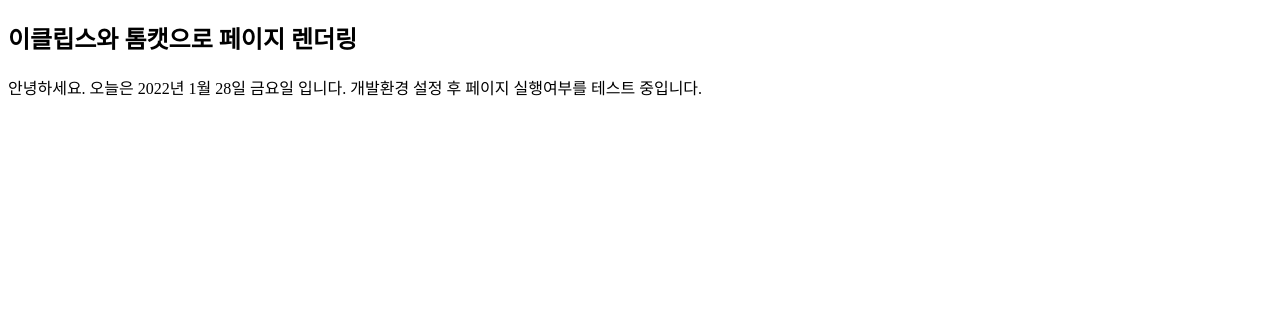
Repository: lee-ruru/jsp_practice
Page: http://localhost/JSPBasic/Hello.jsp
An editor plug-in stored every save of this project. The page is shown before and after the next save, followed by the edit.
The browser window is 1280 px wide. The pictures show the whole page.
The page is served by Tomcat 9.

Above is the page before, as saved 2022-01-28 01:46:21.

### JSPBasic/src/main/webapp/Hello.jsp
<%@ page language="java" contentType="text/html; charset=UTF-8"
    pageEncoding="UTF-8"%>
<!DOCTYPE html>
<html>
<head>
<meta charset="UTF-8">
<title>JSP 1일차 공부</title>
</head>
<body>

	<h2>이클립스와 톰캣으로 페이지 렌더링</h2>
	<p>
	안녕하세요. 오늘은 2022년 1월 28일 금요일 입니다.
	개발환경 설정 후 페이지 실행여부를 테스트 중입니다.
	</p>

</body>
</html>

After the next save:
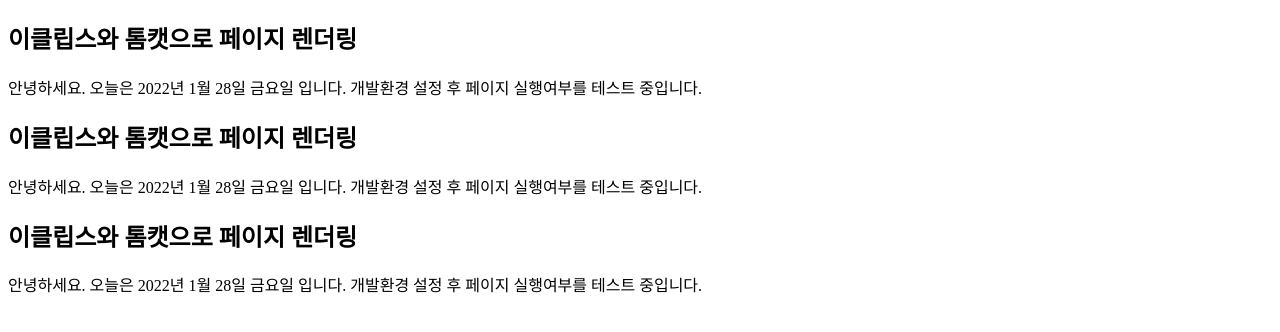
Saved 20 min 9 s later.
--- a/JSPBasic/src/main/webapp/Hello.jsp
+++ b/JSPBasic/src/main/webapp/Hello.jsp
@@ -13,6 +13,16 @@
 	안녕하세요. 오늘은 2022년 1월 28일 금요일 입니다.
 	개발환경 설정 후 페이지 실행여부를 테스트 중입니다.
 	</p>
+	<h2>이클립스와 톰캣으로 페이지 렌더링</h2>
+	<p>
+	안녕하세요. 오늘은 2022년 1월 28일 금요일 입니다.
+	개발환경 설정 후 페이지 실행여부를 테스트 중입니다.
+	</p>
+	<h2>이클립스와 톰캣으로 페이지 렌더링</h2>
+	<p>
+	안녕하세요. 오늘은 2022년 1월 28일 금요일 입니다.
+	개발환경 설정 후 페이지 실행여부를 테스트 중입니다.
+	</p>
 
 </body>
 </html>
